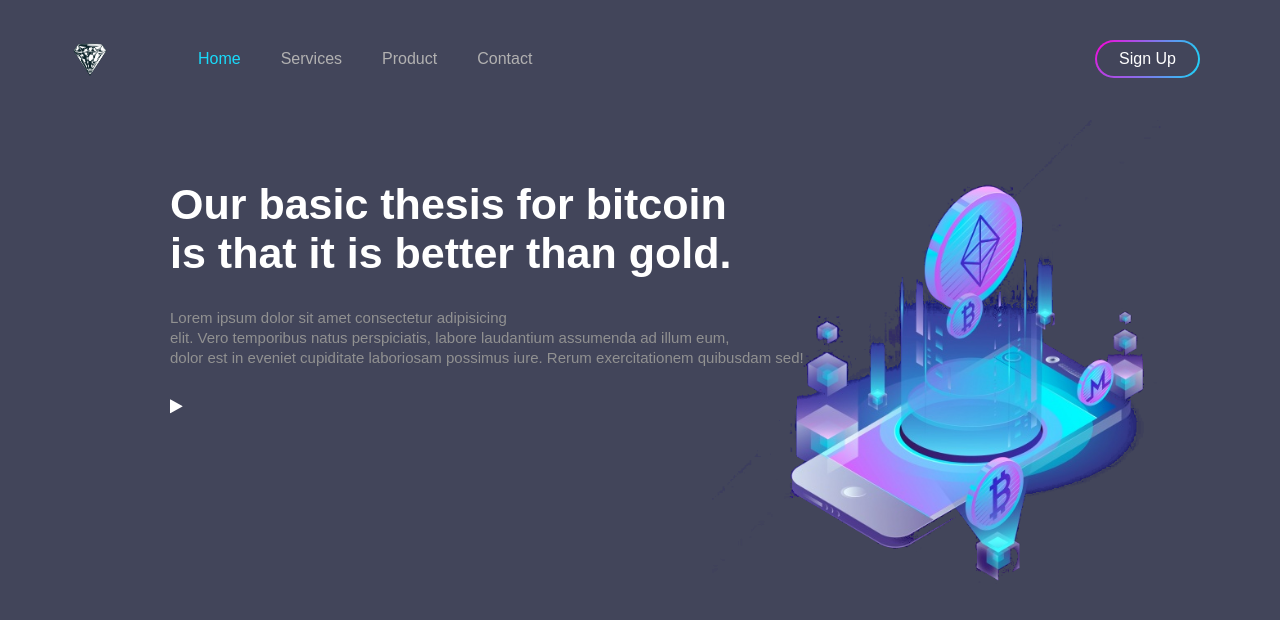
Repository: Aakarshit-Sharma19/Basic-HTML-and-CSS-Page-
Page: index.html
These files come from the project's save history. The page is drawn as it stood at one moment and after the next save; the edit follows.
The browser window is 1280 px wide. The pictures show the whole page.

Above is the page before, as saved 2020-11-10 16:45:59.

After the next save:
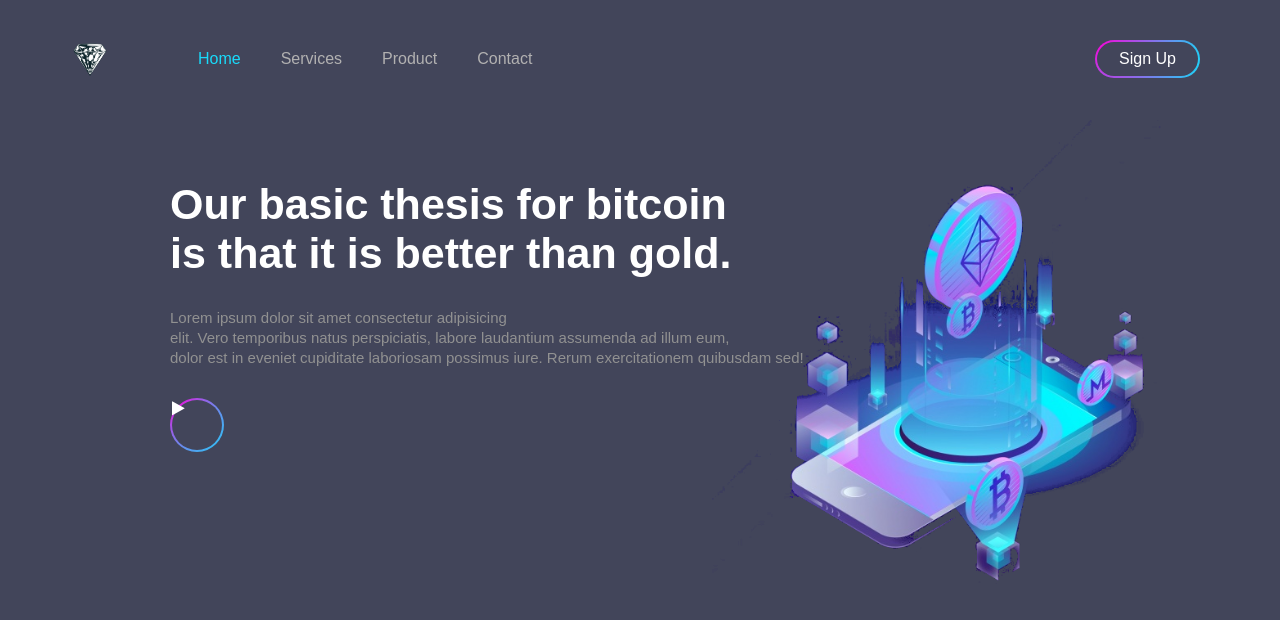
Saved 27 s later.
--- a/style.css
+++ b/style.css
@@ -100,4 +100,9 @@ body{
 .play-btn-inner{
     height: 50px;
     width: 50px;
+    border: 2px solid transparent;
+    border-radius: 50%;
+    background-image: linear-gradient(#42455a, #42455a), radial-gradient(circle at top left, #fd00da, #19d7f8);
+    background-origin: border-box;
+    background-clip: content-box,border-box;
 }
